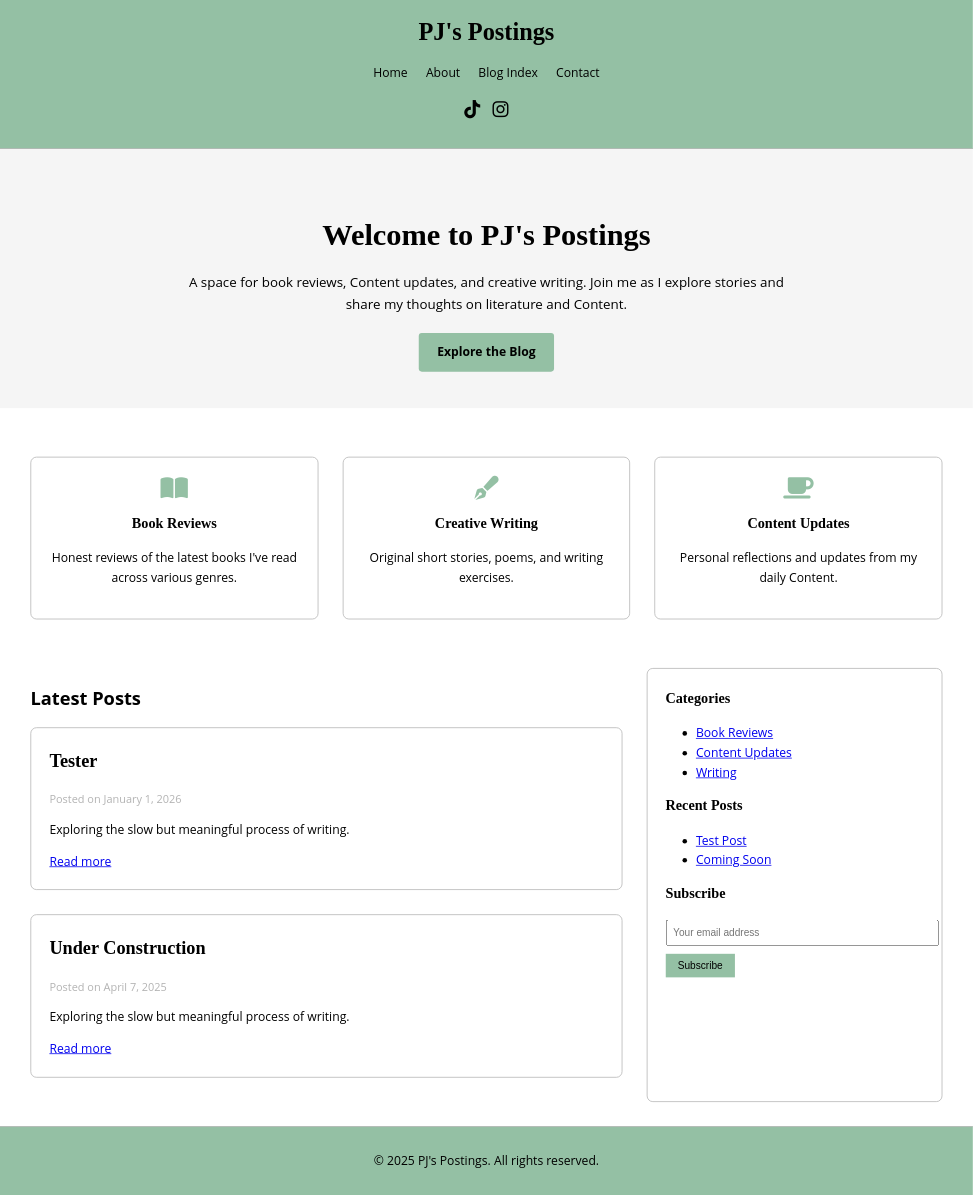
Repository: pjpatrick071/pjpatrick071.github.io
Page: index.html
The author's editor kept a copy of each file at every save. The page is drawn from the files as they stood at one save, then again after a run of saves.
The browser window is 1280 px wide. The pictures show the whole page, at 76% of full size.
Some web fonts or font styles are not loaded; a fallback is used.

Above is the page before, as saved 2025-04-07 21:22:22.

After the next 3 saves:
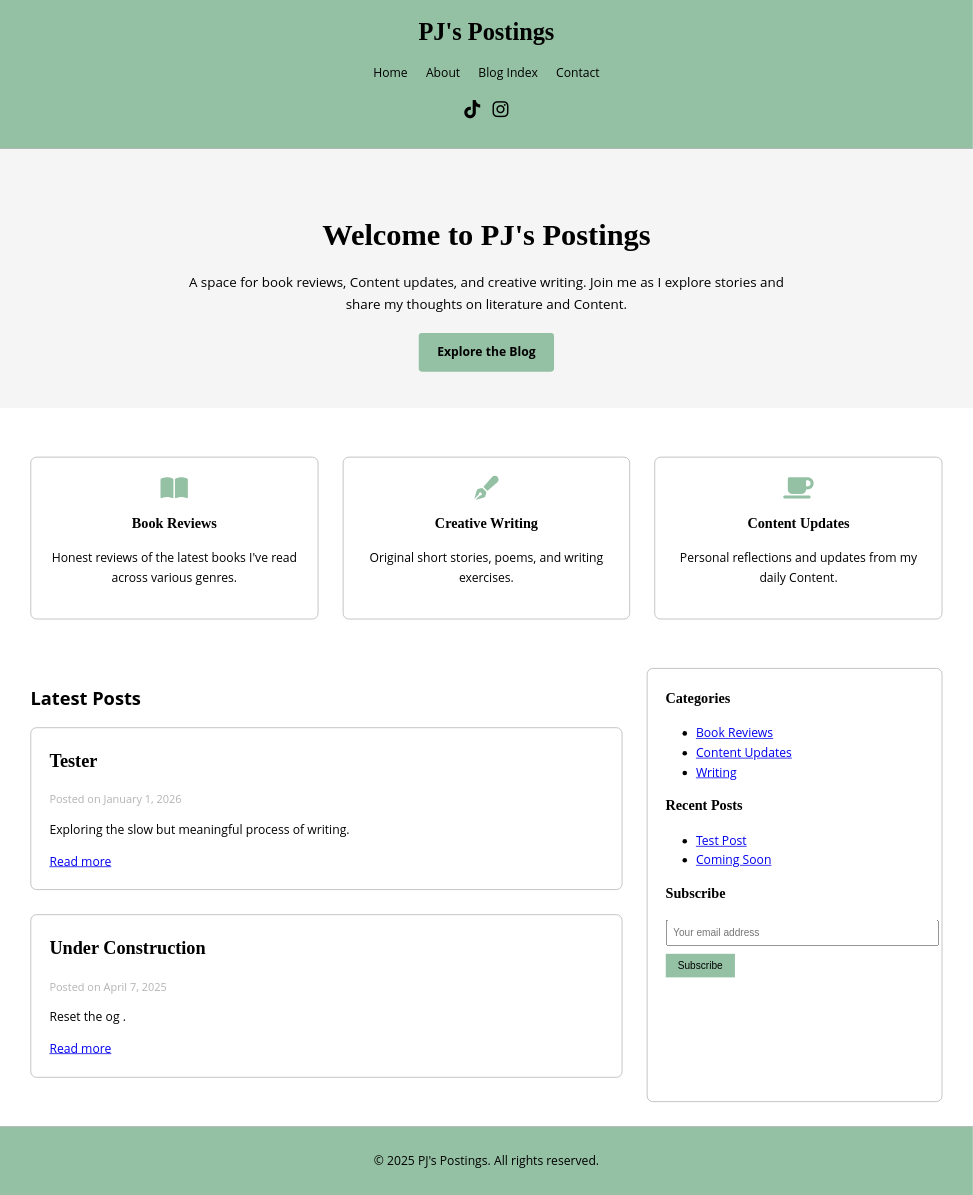
The 3 saves are shown as one change because they came seconds apart.
The last was saved 8 s later.
--- a/posts.json
+++ b/posts.json
@@ -12,7 +12,7 @@
         "title": "Under Construction",
         "date": "2025-04-07",
         "url": "posts/underConstruction.html",
-        "excerpt": "Exploring the slow but meaningful process of writing.",
+        "excerpt": "Reset the og .",
         "category": "writing",
         "requested": false
       }
